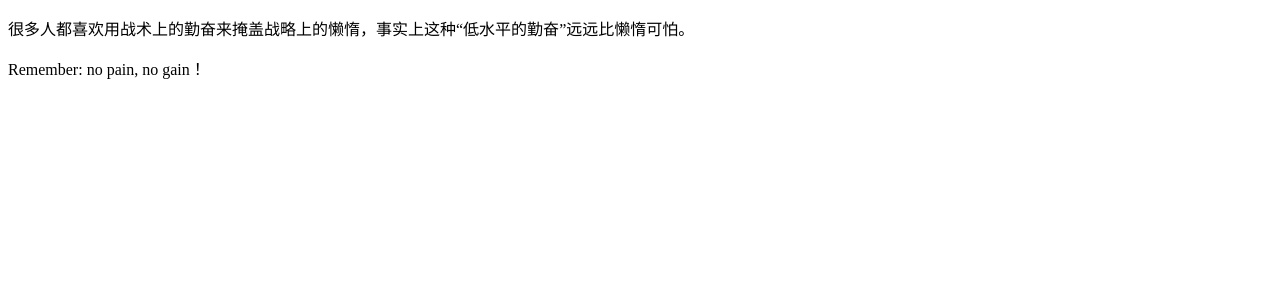
Repository: SharkPem/WebLearn
Page: learn_html_css_1/practise_14.html
The author's editor kept a copy of each file at every save. The page is drawn from the files as they stood at one save, then again after the next save.
The browser window is 1280 px wide. The pictures show the whole page.

Above is the page before, as saved 2022-03-29 09:25:40.

After the next save:
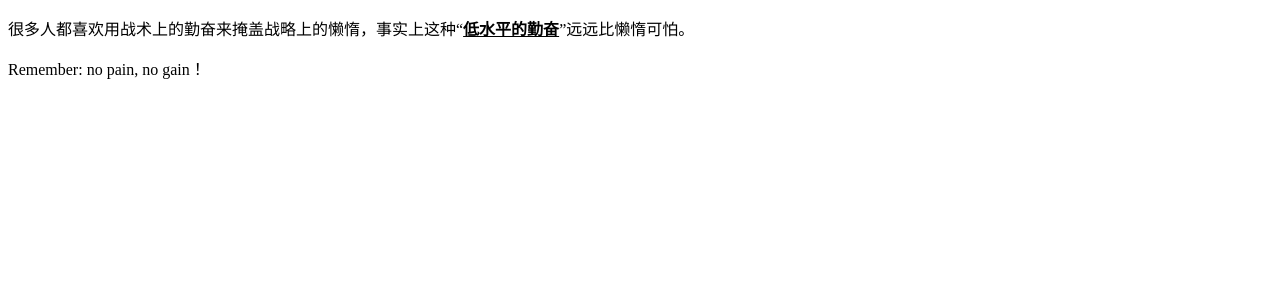
Saved 5 min 26 s later.
--- a/learn_html_css_1/practise_14.html
+++ b/learn_html_css_1/practise_14.html
@@ -5,11 +5,17 @@
     <title>practise_14</title>
 
     <style type="text/css">
+        #two{
+            font-weight: bold;
+            text-decoration:underline;
+        }
+        #three{
 
+        }
     </style>
 </head>
 <body>
-    <p>很多人都喜欢用战术上的勤奋来掩盖战略上的懒惰，事实上这种“<span>低水平的勤奋</span>”远远比懒惰可怕。</p>
-    <p>Remember: no pain, no gain！</p>
+    <p id="one">很多人都喜欢用战术上的勤奋来掩盖战略上的懒惰，事实上这种“<span id="two">低水平的勤奋</span>”远远比懒惰可怕。</p>
+    <p id="three">Remember: no pain, no gain！</p>
 </body>
 </html>
